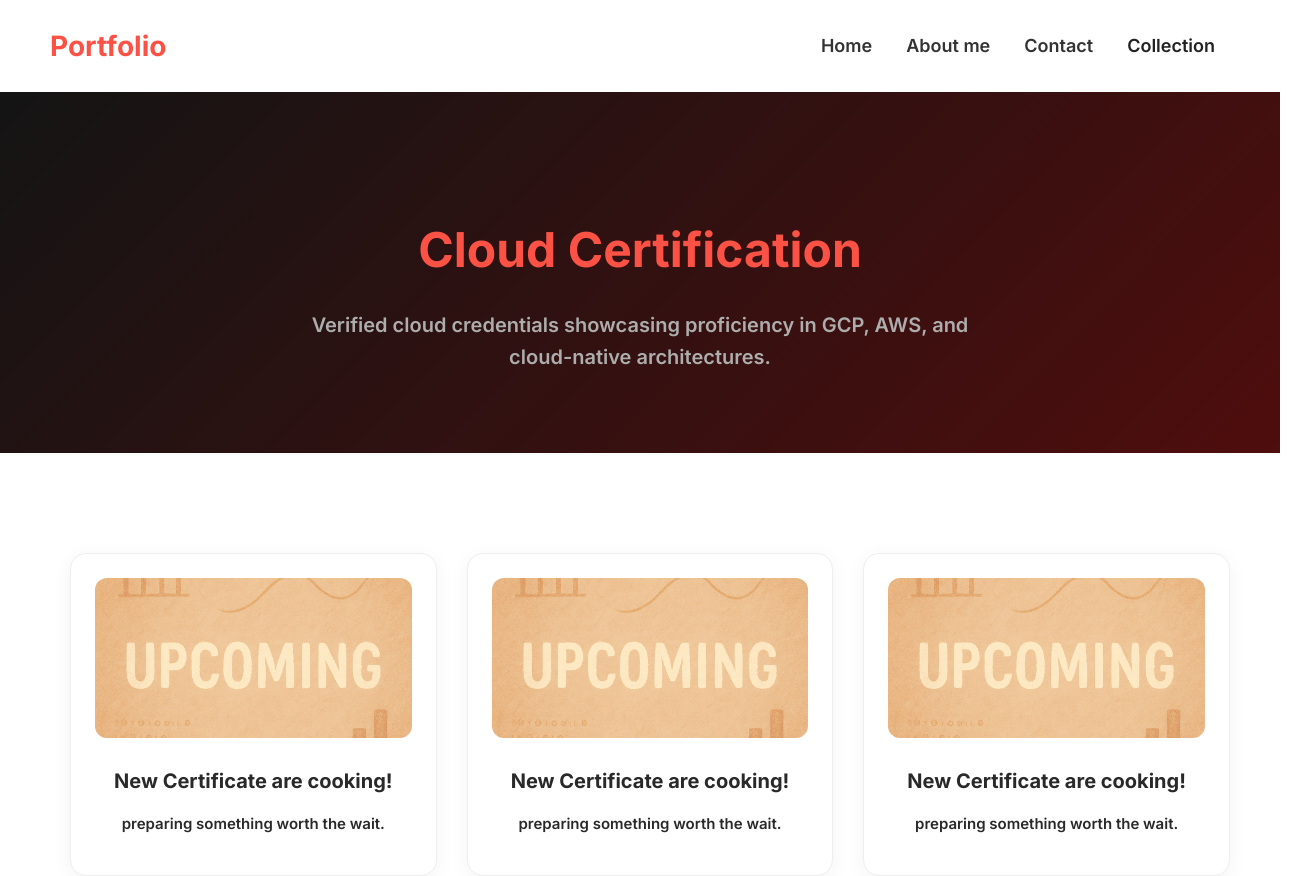
Repository: Wipas1919/Archive-portfolio
Page: projects/cloud-cert.html
An editor plug-in stored every save of this project. The page is shown before and after the next save, followed by the edit.
The browser window is 1280 px wide. The page is 1300 px wide, so the pictures cover 1300 px, including what lies to the right of the window. The pictures show the whole page.

Above is the page before, as saved 2025-06-03 08:37:47.

### projects/cloud-cert.html
<!-- Cleaned and updated on 2025-05-25 -->
<!DOCTYPE html>
<html lang="en">
<head>
  <meta charset="UTF-8" />
  <meta name="viewport" content="width=device-width, initial-scale=1.0"/>
  <title>Cloud Certification | Portfolio</title>
  <link href="https://fonts.googleapis.com/css2?family=Inter:wght@600;700&display=swap" rel="stylesheet">
  <link rel="stylesheet" href="../style/main.css">
  <style>
    body { font-family: 'Inter', sans-serif; }
    .cover {
      background: linear-gradient(135deg, #141414, #4f0d0d);
      padding: 80px 20px;
      text-align: center;
    }
    .cover h1 {
      font-size: 48px;
      color: #fc5246;
      margin-bottom: 20px;
    }
    .cover p {
      font-size: 20px;
      color: #adadad;
      max-width: 700px;
      margin: 0 auto;
    }
    .project-cards h3 {
      text-align: center;
      font-size: 28px;
      margin-top: 60px;
      margin-bottom: 30px;
    }
    .card-grid {
      display: grid;
      grid-template-columns: repeat(auto-fit, minmax(280px, 1fr));
      gap: 30px;
      padding: 0 20px;
    }
    .card {
      display: block;
      background: #fff;
      border-radius: 16px;
      box-shadow: 0 4px 20px rgba(0, 0, 0, 0.05);
      padding: 24px;
      text-align: center;
      transition: transform 0.3s;
      text-decoration: none !important;
      color: inherit !important;
      cursor: pointer;
    }
    .card:hover {
      transform: translateY(-5px);
    }
    .card img {
      width: 100%;
      height: 160px;
      object-fit: cover;
      border-radius: 12px;
      margin-bottom: 16px;
    }
    .card h4 {
      font-size: 20px;
      margin-bottom: 8px;
      color: #222;
    }
    .card p {
      color: #666;
      font-size: 15px;
    }
    .card:visited,
    .card:hover,
    .card:focus,
    .card:active,
    .card *,
    .card *:visited,
    .card *:hover,
    .card *:focus,
    .card *:active {
      color: inherit !important;
      text-decoration: none !important;
    }
    .dropdown-wrapper { position: relative; display: inline-block; }
    .dropbtn {
      font-weight: 600;
      cursor: pointer;
      color: #222;
      text-decoration: none;
      margin-left: 15px;
    }
    .dropdown-content {
      display: none;
      position: absolute;
      top: 100%;
      right: 0;
      background-color: #ffffff;
      min-width: 220px;
      border-radius: 12px;
      box-shadow: 0 10px 25px rgba(0, 0, 0, 0.08);
      overflow: hidden;
      padding: 10px 0;
      z-index: 999;
    }
    .dropdown-wrapper:hover .dropdown-content { display: block; }
    .dropdown-content a {
      display: block;
      padding: 12px 20px;
      color: #222;
      text-decoration: none;
      font-size: 15px;
      transition: background-color 0.2s ease, color 0.2s ease;
    }
    .dropdown-content a:hover {
      background-color: #eaeaea;
      color: #fd3a2d;
    }
  </style>
</head>
<body>
  <div id="page-loader"><div class="spinner"></div></div>

  <header>
    <div class="container">
      <h1 class="logo" style="font-family: 'Inter', sans-serif; font-weight: 700; font-size: 28px; color: #fc5246;">Portfolio</h1>
      <nav class="nav-right">
        <a href="../index.html">Home</a>
        <a href="../index.html#about">About me</a>
        <a href="../index.html#contact">Contact</a>
        <div class="dropdown-wrapper">
          <a href="#" class="dropbtn">Collection</a>
          <div class="dropdown-content">
            <a href="data-engineer.html">Data Engineer</a>
            <a href="business-analysis.html">Business Analysis</a>
            <a href="bi-solutions.html">Business Intelligent</a>
            <a href="strategic-data.html">Data-Driven</a>
            <a href="cloud-cert.html">Certification</a>
            <a href="data-integration.html">Data Product</a>
          </div>
        </div>
      </nav>
    </div>
  </header>

  <!-- Cover -->
  <section class="cover">
    <h1>Cloud Certification</h1>
    <p>Verified cloud credentials showcasing proficiency in GCP, AWS, and cloud-native architectures.</p>
  </section>

  <!-- Project Cards -->
  <section class="project-cards container" id="project-cards">
    <div class="card-grid" id="card-container"></div>
  </section>

  <script>
    const cardsContainer = document.getElementById("card-container");
    const projectId = "cloud-cert";

    fetch("../data/projects.json")
      .then(res => res.json())
      .then(data => {
        const p = data[projectId];
        if (!p || !p.projects?.length) {
          cardsContainer.innerHTML = "<p>No certifications found.</p>";
          return;
        }
        cardsContainer.innerHTML = p.projects.map(proj => `
          <a href="project.html?id=${proj.slug}" class="card">
            <img src="${proj.image}" alt="${proj.title}" />
            <h4>${proj.title}</h4>
            <p>${proj.description}</p>
          </a>
        `).join("");
      })
      .catch(err => {
        cardsContainer.innerHTML = "<p>Error loading data.</p>";
        console.error(err);
      });
  </script>
</body>
</html>

### style/main.css
/* ตั้งค่าพื้นฐาน */
body {
  margin: 0;
  font-family: 'Poppins', sans-serif;
  background: #ffffff;
  color: #292929;
  line-height: 1.6;
  scroll-behavior: smooth;
  user-select: none;
  -webkit-user-select: none;
  -ms-user-select: none;
}

img {
  max-width: 100%;
  height: auto;
  display: block;
}

.container {
  width: 100%;
  max-width: 1200px;
  margin: 0 auto;
  padding: 0 50px; /* เพิ่ม padding ด้านข้าง */
}

@media screen and (max-width: 767px) {
  .container { padding: 0 16px; }
  .hero h2 { font-size: 36px; }
  .hero p { font-size: 18px; }
  .card-grid { grid-template-columns: 1fr; }
  nav a { font-size: 14px; }
  .hero-content { flex-direction: column; }
  .about-image img { width: 100%; }
}

@media screen and (min-width: 768px) and (max-width: 1024px) {
  .hero h2 { font-size: 48px; }
  .card-grid { grid-template-columns: repeat(2, 1fr); }
}

@media screen and (max-width: 480px) {
  h2, .section-title { font-size: 28px; }
  .hero h2 { font-size: 28px; }
  .hero p, .section-description, .about-text p, .card p { font-size: 16px; }
  .btn { padding: 10px 20px; font-size: 16px; }
}

/* Navbar */
header {
  background: #fff;
  padding: 5px 0;
  display: flex;
  justify-content: space-between;
  align-items: center;
  border-bottom: 0px solid #eee;
  position: sticky;
  top: 0;
  z-index: 100;
}

header .container {
  display: flex;
  align-items: center;
  justify-content: space-between;
}

.logo {
  font-family: 'Poppins', serif;
  font-size: 30px;
  color: #fc5246;
}

nav a {
  margin: 0 15px;
  color: #333;
  text-decoration: none;
  font-weight: 600;
  font-size: 18px;
}

nav a:hover {
  color: #fd3a2d;
}

/* ปุ่มหลักของเมนู dropdown */
.dropdown-wrapper {
  position: relative;
  display: inline-block;
}

.dropbtn {
  font-weight: 600;
  cursor: pointer;
  color: #222;
  transition: color 0.3s ease;
}

.dropbtn:hover {
  color: #fd3a2d;
}

/* เมนูที่แสดงเมื่อ hover */
.dropdown-content {
  display: none;
  position: absolute;
  top: 100%;
  right: 0;
  background-color: #ffffff;
  min-width: 220px;
  border-radius: 12px;
  box-shadow: 0 10px 25px rgba(0, 0, 0, 0.08);
  overflow: hidden;
  padding: 10px 0;
  z-index: 999;
}

/* แสดงเมื่อ hover */
.dropdown-wrapper:hover .dropdown-content {
  display: block;
}

/* ลิงก์ใน dropdown */
.dropdown-content a {
  display: block;
  padding: 12px 20px;
  color: #222;
  text-decoration: none;
  font-size: 15px;
  transition: background-color 0.2s ease, color 0.2s ease;
}

/* Hover effect ของลิงก์ */
.dropdown-content a:hover {
  background-color: #eaeaea;
  color: #fd3a2d;
}

.hero-animation {
  margin-top: 10px;
  display: flex;
  justify-content: right;
}

/* Hero Section */
.hero {
  position: relative;
  height: 60vh;
  display: flex;
  align-items: center;
  justify-content: center;
  flex-direction: column;
  text-align: center;
  background: #151515;
  color: #ededed;
}

#hero-background {
  position: absolute;
  top: 0;
  left: 0;
  width: 100%;
  height: 100%;
  z-index: 0;
}

.hero-content {
  position: relative;
  z-index: 1;
  width: 100%;
  max-width: 1200px;
  padding-left: 5vw;
  padding-right: 5vw;
  text-align: left;
  align-items: flex-start;
}

.hero h2 {
  font-size: 60px;
  margin-bottom: 10px;
  line-height: 1.2;
  color: #ffffff;
}

.hero p {
  font-size: 30px;
  margin-bottom: 30px;
  color: #ffffff;
}

.btn, .hero .btn {
  display: inline-block;
  background: #fd3a2d;
  color: #fff;
  padding: 14px 36px;
  border-radius: 30px;
  text-decoration: none;
  font-weight: bold;
  font-size: 18px;
  transition: background 0.3s;
}

.btn:hover, .hero .btn:hover {
  background: #252525;
}

/* Sections */
section {
  padding: 100px 0;
  text-align: center;
}

/* About Section */
.about-grid {
  display: flex;
  align-items: center;
  justify-content: center;
  gap: 50px;
  flex-wrap: wrap;
}

.about-image img {
  width: 500px;
  height: auto;
  object-fit: cover;
  border-top-left-radius: 0;
  border-top-right-radius: 0;
  border-bottom-left-radius: 200px;
  border-bottom-right-radius: 200px;
}

.about-text {
  max-width: 500px;
  text-align: left;
}

.about-text h2 {
  margin-bottom: 20px;
}

.about-text p {
  font-size: 18px;
  color: #666;
}

/* Timeline */
.timeline-item {
  position: relative;
  margin-bottom: 30px;
}

.timeline-dot {
  width: 14px;
  height: 14px;
  background-color: #fd3a2d;
  border-radius: 50%;
  position: absolute;
  left: -8px;
  top: 0;
}

.timeline-content {
  margin-left: 20px;
}

.timeline-content h4 {
  margin: 0;
  font-size: 18px;
  color: #333;
  font-weight: 600;
}

.timeline-content p {
  margin: 5px 0 0;
  font-size: 16px;
  color: #666;
}

/* Projects Section */
#projects {
  margin-bottom: 10px;
}

.card-grid {
  display: grid;
  grid-template-columns: repeat(3, 1fr); /* สำคัญ: 3 คอลัมน์ */
  gap: 20px;
  margin-top: 100px;
}


.card {
  background: #ffffff;
  padding: 30px;
  border-radius: 12px;
  max-height: 280px;
  text-align: center;
  transition: box-shadow 0.3s;
  border: 1px solid #eee;
}

.card:hover {
  box-shadow: 0 8px 20px rgba(0, 0, 0, 0.1);
}

.card-icon img {
  width: 40px;
  height: 40px;
  margin-bottom: 20px;
}

.card h3 {
  font-size: 18px;
  margin-bottom: 15px;
  color: #333;
}

.card p {
  font-size: 16px;
  color: #666;
}

/* Contact Section */
.contact {
  background: rgba(255, 255, 255, 0.5); /* 1 = โปร่งแสง 50% */
  text-align: center;
}

.section-subtitle {
  text-transform: uppercase;
  font-size: 18px;
  letter-spacing: 1.5px;
  color: #4e4e4e;
  margin-bottom: 10px;
}

h2 {
  font-size: 36px;
  color: #292929
}


.section-title {
  font-size: 36px;
  margin-bottom: 10px;
  color: #2e2e2e;
}

.section-description {
  font-size: 18px;
  margin-bottom: 40px;
  color: #4e4e4e;
}

.contact-grid {
  display: grid;
  grid-template-columns: repeat(auto-fit, minmax(280px, 1fr));
  gap: 20px;
  margin-top: 40px;
}

.contact-card.glass {
  background: rgba(255, 255, 255, 0.15);
  backdrop-filter: blur(12px);
  -webkit-backdrop-filter: blur(12px);
  border-radius: 20px;
  padding: 24px;
  border: 1px solid rgba(255, 255, 255, 0.3);
  box-shadow: 0 8px 32px rgba(0, 0, 0, 0.1);
  transition: transform 0.3s ease, box-shadow 0.3s ease;
  text-align: center;
}

.contact-card.glass:hover {
  transform: scale(1.05);
  box-shadow: 0 12px 28px rgba(0, 0, 0, 0.15);
}

.contact-icon {
  display: flex;
  flex-direction: column;
  align-items: center;
  justify-content: center; /* 🔥 เพิ่มบรรทัดนี้เพื่อจัดไอคอนแนวดิ่ง */
  height: 100px; /* ✅ ปรับความสูงให้เหมาะสม */
  margin-bottom: 12px;
}


.contact-icon img {
  width: 48px;
  height: 48px;
  margin-bottom: 12px;
  transition: transform 0.3s ease;
}

.contact-card.glass:hover .contact-icon img {
  transform: scale(1.15);
}

/* Footer */
footer {
  background: #f5f5f5;
  padding: 20px 0;
  font-size: 14px;
  color: #4d4d4d;
}

.footer-container {
  display: flex;
  justify-content: space-between;
  align-items: center;
  flex-wrap: wrap;
}

.social-links {
  display: flex;
  gap: 20px;
}

.social-links a img {
  width: 30px;
  height: 30px;
  transition: transform 0.3s ease;
}

.social-links a img:hover {
  transform: scale(1.2);
}

#hero-background {
  position: absolute;
  top: 0;
  left: 0;
  height: 100%;
  width: 100%;
  z-index: 0;
  overflow: hidden;
}
.hero-content {
  position: relative;
  z-index: 1;
}

/* animation-data */
.hero-content {
  display: flex;
  justify-content: space-between;
  align-items: center;
  flex-wrap: wrap;
  gap: 40px;
}

.hero-text {
  flex: 1 1 55%;
}

.hero-animation {
  flex: 1 1 40%;
  display: flex;
  justify-content: center;
  align-items: center;
}

/* ===== Page Loader & Smooth Scroll ===== */
html{scroll-behavior:smooth;}

#page-loader{
  position:fixed;inset:0;display:grid;place-items:center;
  background:#ffffff;z-index:9999;opacity:1;
  transition:opacity .0.5s ease;
}
#page-loader .spinner{
  width:32px;height:32px;border:4px solid #e5e5e5;
  border-top-color:#ff694b;border-radius:50%;
  animation:spin .8s linear infinite;
}
@keyframes spin{to{transform:rotate(360deg)}}

body.loaded #page-loader{opacity:0;pointer-events:none;}
body.fade-out{opacity:0;transition:opacity .0.5s ease;}

@keyframes hideLoaderFallback{to{opacity:0;pointer-events:none;}}
#page-loader{animation:hideLoaderFallback 0.5s forwards 0.5s;}



/* ====  Reusable Card Component  ================================== */
.card {
  background: #ffffff;
  border: 1px solid #eee;
  border-radius: 12px;
  padding: 24px;
  text-align: center;
  box-shadow: 0 4px 12px rgba(0,0,0,.05);
  transition: transform .3s ease, box-shadow .3s ease;
}
.card:hover {
  transform: translateY(-6px);
  box-shadow: 0 12px 25px rgba(0,0,0,.1);
}

.card__icon{
  display:flex;
  flex-direction:column;
  align-items:center;
  justify-content:center;
  height:100px;
  margin-bottom:12px;
}
.card__icon img{
  width:48px;
  height:48px;
  transition: transform .3s ease;
}
.card:hover .card__icon img{
  transform:scale(1.15);
}

/* Variant – project card (clickable) */
.card--project{cursor:pointer;}

/* Variant – glassmorphism contact card */
.card--glass{
  background: rgba(255,255,255,.15);
  backdrop-filter: blur(12px);
  -webkit-backdrop-filter: blur(12px);
  border: 1px solid rgba(255,255,255,.3);
  box-shadow: 0 8px 32px rgba(0,0,0,.1);
}

/* Grids */

.card-grid--contact{
  display:grid;
  grid-template-columns: repeat(auto-fit,minmax(280px,1fr));
  gap:20px;
  margin-top:40px;
}

/* Remove legacy duplicate styles */
.contact-card, .contact-card.glass, .glass-card{
}/* project */

.project-blog {
  max-width: 800px;
  margin: 80px auto;
  padding: 0 20px;
  font-family: 'Inter', sans-serif;
}

.project-blog h1 {
  font-size: 36px;
  font-weight: 700;
  margin-bottom: 20px;
  text-align: center;
  color: #222;
}

.project-blog .tag {
  display: inline-block;
  background: #eeeeee;
  color: #333;
  padding: 6px 12px;
  margin: 0 8px 20px 0;
  border-radius: 20px;
  font-size: 14px;
}

.project-blog p {
  font-size: 18px;
  color: #444;
  line-height: 1.7;
  margin-bottom: 24px;
}

.project-blog img {
  width: 100%;
  border-radius: 10px;
  margin: 30px 0;
  box-shadow: 0 8px 30px rgba(0,0,0,0.08);
}

/* button */
.back-float-btn {
  position: fixed;
  bottom: 30px;
  left: 50%;
  transform: translateX(-50%);
  background-color: #fc5246;
  color: white;
  padding: 10px 24px;
  font-size: 14px;
  border-radius: 30px;
  box-shadow: 0 4px 16px rgba(0, 0, 0, 0.1);
  cursor: pointer;
  z-index: 9999;
  text-align: center;
  font-family: 'Inter', sans-serif;
  transition: background 0.3s ease;
  width: auto;       /* ปรับให้ขนาดพอดีกับเนื้อหา */
  max-width: 200px;  /* จำกัดไม่ให้ปุ่มกว้างเกินไป */
}

.back-float-btn:hover {
  background-color: #e6483c;
}

@media (max-width: 768px) {
  .back-float-btn {
    padding: 9px 18px;
    font-size: 13px;
    bottom: 20px;
  }
/* ===== FINAL OVERRIDE ===== */
.contact-card a {
  color: inherit !important;
  text-decoration: none !important;
}

.contact-card a:visited {
  color: inherit !important;
  text-decoration: none !important;
}

.contact-card a:hover,
.contact-card a:focus,
.contact-card a:active {
  color: inherit !important;
  text-decoration: none !important;
}

/* ===== Card grid (Projects) enforce 3-column on desktop ===== */
@media (min-width: 1024px){
  .card-grid--projects{
    grid-template-columns: repeat(3, 1fr);
  }
}
/* 2 columns on tablets */
@media (min-width: 640px) and (max-width: 1023px){
  .card-grid--projects{
    grid-template-columns: repeat(2, 1fr);
  }
}
/* 1 column on small screens (default) */
}

/* ===== DESKTOP-ONLY MODE (CSS BLOCK) =====
   Hide entire site below 1024px width and show full-screen notice
--------------------------------------------------------------- */
@media (hover: none) and (pointer: coarse){
  /* Hide all real content */
  body > * { display: none !important; }

  /* Full-screen notice */
  body::before{
    content: "This site is designed for desktop browsers only.\A Please visit on a larger screen.";
    white-space: pre-line;
    position: fixed;
    inset: 0;
    background: #ffffff;
    color: #000000;
    padding: 40px 24px;
    display: flex;
    align-items: center;
    justify-content: center;
    font-family: "Poppins", sans-serif;
    font-size: 18px;
    line-height: 1.4;
    text-align: center;
    z-index: 99999;
  }

  /* Prevent horizontal scroll */
  html, body{ overflow: hidden; }
}

.project-blog strong {
  font-size: 1.4em;   /* 110 % ของขนาดปกติในย่อหน้านั้น */
  font-weight: 800;
}

/* cant click card */
.card.disabled {
  pointer-events: none;
  cursor: default;
  opacity: 0.6;
  filter: grayscale(10%);
}

### data/projects.json
{
  "data-engineer": {
    "projects": [
      {
        "title": "End-to-End Data Engineering Journey",
        "slug": "End-to-End Data Engineering Journey",
        "description": "Full-stack ETL pipeline implementation",
        "image": "/images/data-engineers.jpg"
      },
      {
        "title": "End-to-End Data Infrastructure Planning",
        "slug": "End-to-End Data Infrastructure Planning",
        "description": "Designing Fundamental Process",
        "image": "/images/data-foundamatal.jpg"
      },
      {
        "title": "Data Governance",
        "slug": "Data Governance",
        "description": "Designing and implementing a hybrid data governance framework",
        "image": "/images/data-governance.jpg"
      }
    ]
  },
  "business-analysis": {
    "title": "Business Analysis",
    "description": "Transform data into insights for decision-making.",
    "image": "../images/ba.svg",
    "overview": "Analyzed survey and operational data to support marketing strategy.",
    "contributions": [
      "Designed data collection forms",
      "Used SQL & Power BI for analysis",
      "Presented insights to leadership"
    ],
    "tools": [
      "Excel",
      "SQL",
      "Power BI",
      "Survey Analysis"
    ],
    "impact": "Helped increase campaign engagement by 30%",
    "projects": [
      {
        "title": "post-event analysis",
        "slug": "post-event analysis",
        "description": "Built interactive dashboards to monitor sentiment trends.",
        "image": "/images/post-event.png"
      },
      {
        "title": "New insights are cooking!",
        "slug": "campaign-performance-analysis",
        "description": "preparing something worth the wait.",
        "image": "/images/upcoming-cover.png",
        "disabled": true
      },
      {
        "title": "New insights are cooking!",
        "slug": "operational-kpi-tracking",
        "description": "preparing something worth the wait.",
        "image": "/images/upcoming-cover.png",
        "disabled": true
      }
    ]
  },
  "bi-solutions": {
    "title": "Business Intelligent",
    "projects": [
      {
        "title": "Dashboard Routine",
        "description": "Designed Power BI dashboard to visualize sales KPIs across regions.",
        "image": "/images/bi-routine-1.png",
        "slug": "bi-sales-performance"
      },
      {
        "title": "Dashboard Near-real time",
        "description": "Used data visualization to cluster customer segments based on behavior.",
        "image": "/images/bi-routine-2.png",
        "slug": "bi-customer-segmentation"
      },
      {
        "title": "KPI Overview",
        "description": "Built interactive dashboards to summarize high-level KPIs for executives.",
        "image": "/images/bi-routine-3.png",
        "slug": "bi-kpi-overview"
      }
    ]
  },
  "strategic-data": {
    "title": "Data-Driven",
    "projects": [
      {
        "title": "Speaker Trend Technoligies (Asistant) ",
        "description": "Data & Technologies driven.",
        "image": "/images/bi-routine-4.jpg",
        "slug": "marketing-insight-framework"
      },
      {
        "title": "Power BI Training",
        "description": "Training each department small group.",
        "image": "/images/bi-routine-5.jpg",
        "slug": "event-analytics-dashboard"
      },
      {
        "title": "New insights are cooking!",
        "description": "preparing something worth the wait.",
        "image": "/images/upcoming-cover.png",
        "slug": "decision-intelligence-system",
        "disabled": true
      }
    ]
  },
  "data-integration": {
    "title": "Data Product",
    "projects": [
      {
        "title": "Chat AI for web-event",
        "description": "Built backend pipeline to integrate chatbot logs into Datamart for insights.",
        "image": "/images/bi-routine-6.png",
        "slug": "chatbot-analytics-pipeline"
      },
      {
        "title": "Hr Recuddtor Macthing",
        "description": "Created dynamic reporting tool from MySQL and PostgreSQL for internal teams.",
        "image": "/images/upcoming-cover.png",
        "slug": "self-service-report-generator"
      },
      {
        "title": "New insights are cooking!",
        "description": "preparing something worth the wait.",
        "image": "/images/upcoming-cover.png",
        "slug": "customer-feedback-hub",
        "disabled": true
      }
    ]
  },
  "cloud-cert": {
  "title": "Certification",
  "projects": [
    {
      "title": "New Certificate are cooking!",
      "description": "preparing something worth the wait.",
      "image": "/images/upcoming-cover.png",
      "slug": "gcp-certification",
      "disabled": true
    },
    {
      "title": "New Certificate are cooking!",
      "description": "preparing something worth the wait.",
      "image": "/images/upcoming-cover.png",
      "slug": "aws-certification",
      "disabled": true
    },
    {
      "title": "New Certificate are cooking!",
      "description": "preparing something worth the wait.",
      "image": "/images/upcoming-cover.png",
      "slug": "azure-certification",
      "disabled": true
    }
  ]
}
}

After the next save:
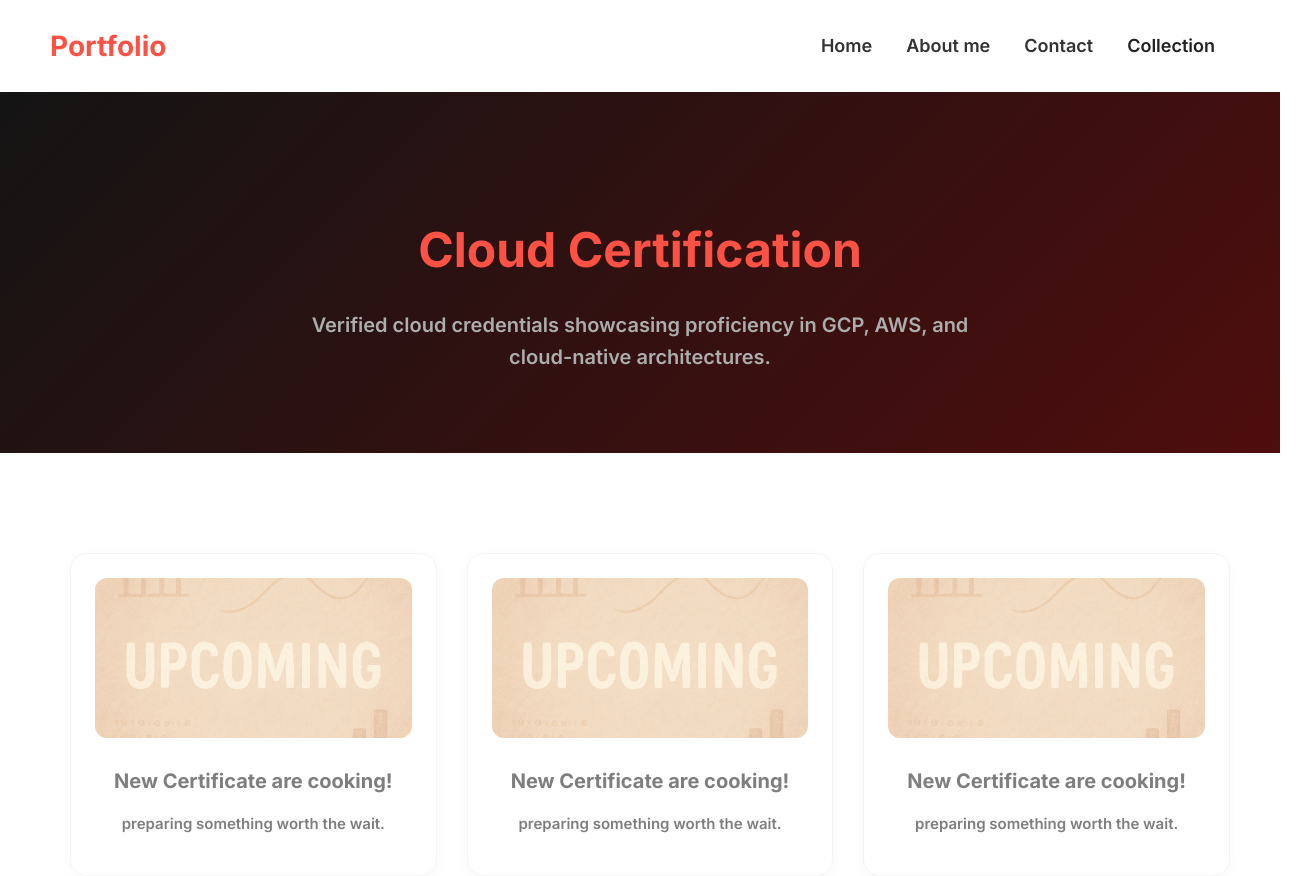
Saved 30 s later.
--- a/projects/cloud-cert.html
+++ b/projects/cloud-cert.html
@@ -164,13 +164,22 @@
           cardsContainer.innerHTML = "<p>No certifications found.</p>";
           return;
         }
-        cardsContainer.innerHTML = p.projects.map(proj => `
-          <a href="project.html?id=${proj.slug}" class="card">
+          cardsContainer.innerHTML = p.projects.map(proj => {
+      if (proj.disabled) {
+        return `
+          <div class="card disabled" aria-disabled="true">
             <img src="${proj.image}" alt="${proj.title}" />
             <h4>${proj.title}</h4>
             <p>${proj.description}</p>
-          </a>
-        `).join("");
+          </div>`;
+      }
+      return `
+        <a href="project.html?id=${proj.slug}" class="card">
+          <img src="${proj.image}" alt="${proj.title}" />
+          <h4>${proj.title}</h4>
+          <p>${proj.description}</p>
+        </a>`;
+    }).join("");
       })
       .catch(err => {
         cardsContainer.innerHTML = "<p>Error loading data.</p>";
